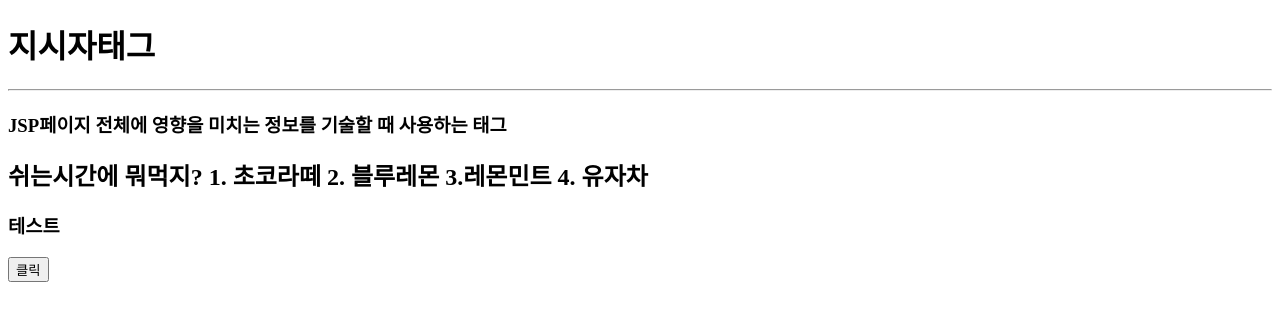
Repository: ParkHyeonju12/servlet
Page: http://localhost/04_jspProject/jsp/directiveTag.jsp
An editor plug-in stored every save of this project. The page is shown before and after the next save, followed by the edit.
The browser window is 1280 px wide. The pictures show the whole page.
The page is served by Tomcat 9.

Above is the page before, as saved 2022-08-30 06:03:06.

### web-workspace/04_jspProject/src/main/webapp/jsp/directiveTag.jsp
<%@ page language="java" contentType="text/html; charset=UTF-8"
    pageEncoding="UTF-8"%>
    <%-- 해당 클래스에서 사용하고싶은 클래스를 import할 때 지시자 태그 사용--%>
    <%@ page import = "java.util.ArrayList" %>
<!DOCTYPE html>
<html>
<head>
<meta charset="UTF-8">
<title>Insert title here</title>
</head>
<body>
	<h1>지시자태그</h1>
	<hr>
	<h3>JSP페이지 전체에 영향을 미치는 정보를 기술할 때 사용하는 태그</h3>
	<%-- 작성된 jsp 파일을 해당 페이지로 포함시키는 기능 --%>
	<%@include file = "/jsp/test.jsp" %>
	<h3>테스트</h3>
	<button onclick="func1();">클릭</button>
</body>
</html>

### web-workspace/04_jspProject/src/main/webapp/jsp/test.jsp
<%@ page language="java" contentType="text/html; charset=UTF-8"
    pageEncoding="UTF-8"%>

    <h2>쉬는시간에 뭐먹지? 1. 초코라떼 2. 블루레몬 3.레몬민트 4. 유자차</h2>

After the next save:
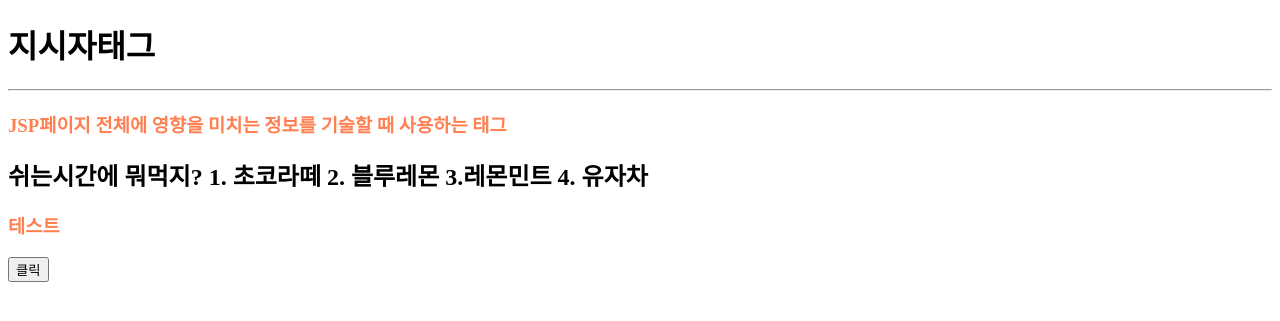
Saved 2 min 56 s later.
--- a/web-workspace/04_jspProject/src/main/webapp/jsp/test.jsp
+++ b/web-workspace/04_jspProject/src/main/webapp/jsp/test.jsp
@@ -2,3 +2,13 @@
     pageEncoding="UTF-8"%>
 
     <h2>쉬는시간에 뭐먹지? 1. 초코라떼 2. 블루레몬 3.레몬민트 4. 유자차</h2>
+    <style>
+    	h3 {
+    	color:coral;
+    	}
+    </style>
+    <script>
+    	function func1(){
+    		alert("유자차!!! 결정");
+    	}
+    </script>
